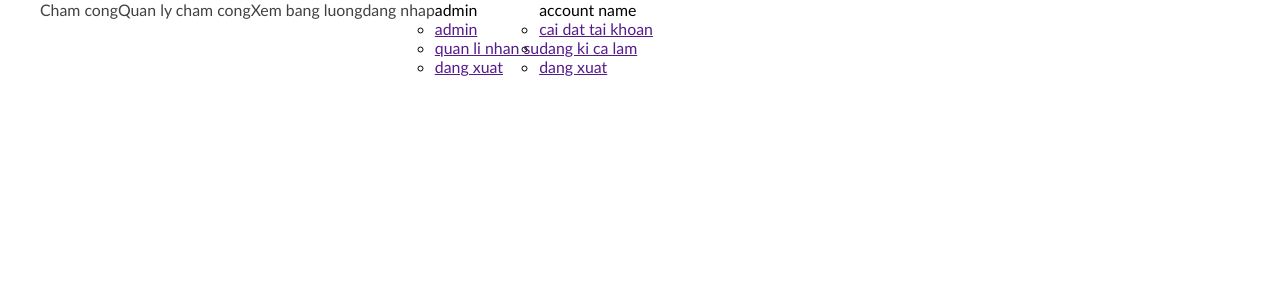
Repository: LDDUNG2003/a
Page: index.html
The author's editor kept a copy of each file at every save. The page is drawn from the files as they stood at one save, then again after the next save.
The browser window is 1280 px wide. The pictures show the whole page.

Above is the page before, as saved 2023-10-13 23:32:50.

### index.html
<!DOCTYPE html>
<html lang="en">

<head>
    <meta charset="UTF-8">
    <meta name="viewport" content="width=device-width, initial-scale=1.0">
    <title>trang chu</title>
    <link rel="stylesheet" href="./controlView/css/base.css">
    <link rel="stylesheet" href="./controlView/css/index.css">
</head>

<body>
    <div class="main">
        <!-- start header -->
        <header class="app__header">
            <nav class="navBar">
                <ul class="navBar-list">
                    <li class="navBar--items"><a href="" class="navbar--link">Cham cong</a></li>
                    <li class="navBar--items"><a href="" class="navbar--link">Quan ly cham cong</a></li>
                    <li class="navBar--items">
                        <a href="" class="navbar--link">Xem bang luong</a></li>
                    <!-- login  -->
                    <li class="navBar--items">
                        <a href="" class="navbar--link">dang nhap</a></li>
                    <!-- admin menu -->
                    <li class="navBar--items">
                        admin
                        <ul class="account-list">
                            <li class="account--item"><a href="" class="account--link">admin</a></li>
                            <li class="account--item"><a href="" class="account--link">quan li nhan su</a></li>
                            <li class="account--item"><a href="" class="account--link">dang xuat</a></li>
                        </ul>
                    </li>
                    <!-- personnel menu -->
                    <li class="navBar--items">
                        account name
                        <ul class="acount-list">
                            <li class="account--item"><a href="" class="account--link">cai dat tai khoan</a></li>
                            <li class="account--item"><a href="" class="account--link">dang ki ca lam</a></li>
                            <li class="account--item"><a href="" class="account--link">dang xuat</a></li>
                        </ul>
                    </li>
                </ul>
            </nav>
        </header>
        <!-- end header -->

        <!-- start content -->
        <div class="app__content">

        </div>
        <!-- end content -->
    </div>
</body>

</html>

### controlView/css/base.css
:root {
    --primary-color: #0066cc;
    --text-color: #414141;
}

* {
    padding: 0px;
    margin: 0px;
    font-family: 'Trebuchet MS', 'Lucida Sans Unicode', 'Lucida Grande', 'Lucida Sans', Arial, sans-serif;
}

html,
body {
    font-size: 0.62rem;
}

.main {}

.app__header {
    width: 100%;
}

.navBar {
    width: 100%;
    max-width: 1200px;
    margin: auto;
}

.navBar-list {
    display: flex;
    list-style: none;
}

.navBar--items {
    font-size: 1.6rem;
}

.navbar--link {
    color: var(--text-color);
    text-decoration: none;
}

.account-list {}

.account--item {}

.account--link {}

Loaded but not shown: controlView/css/index.css (no stored copy; drawn as an empty file)

After the next save:
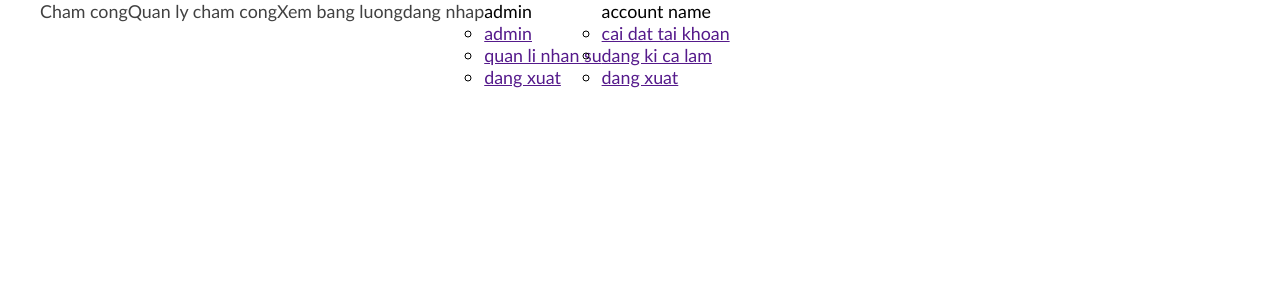
Saved 26 s later.
--- a/controlView/css/base.css
+++ b/controlView/css/base.css
@@ -32,7 +32,7 @@ body {
 }
 
 .navBar--items {
-    font-size: 1.6rem;
+    font-size: 1.8rem;
 }
 
 .navbar--link {
